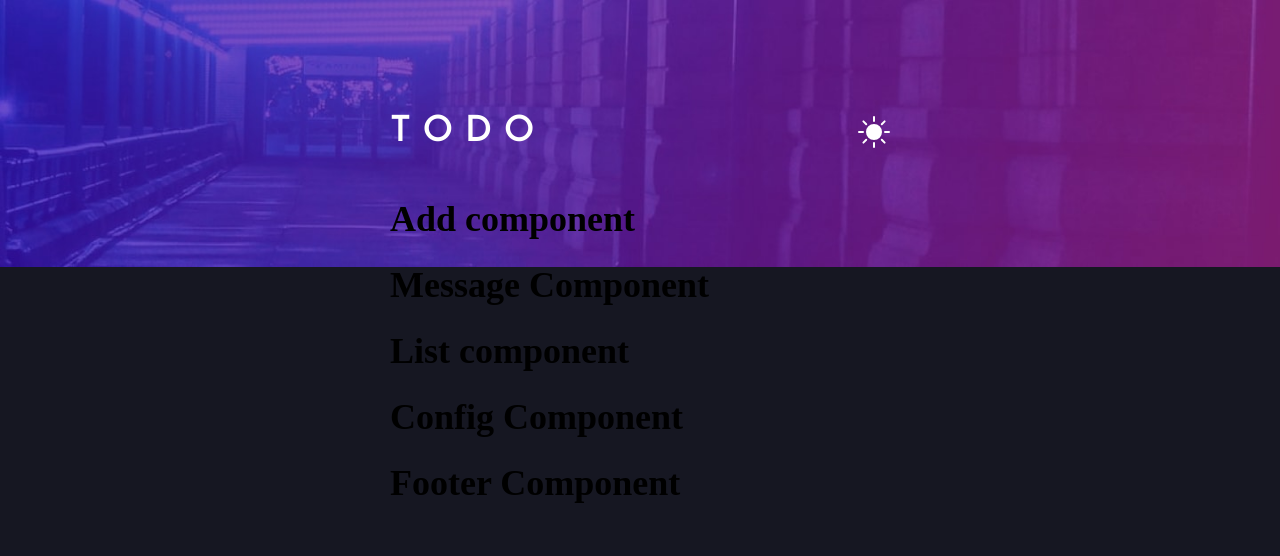
Repository: SOTASHE/React-Firebase-Todo
Page: /
The author's editor kept a copy of each file at every save. The page is drawn from the files as they stood at one save, then again after the next save.
The browser window is 1280 px wide. The pictures show the whole page.
The page's requests for data from a server got no answer. The project was rebuilt for these pictures with package versions that can differ from the ones it lists, and the page was loaded fresh each time. No one was signed in, and anything a server would have sent is missing. Also part of the build but not shown: webpack.config.js.

Above is the page before, as saved 2022-02-08 21:55:45.

After the next save:
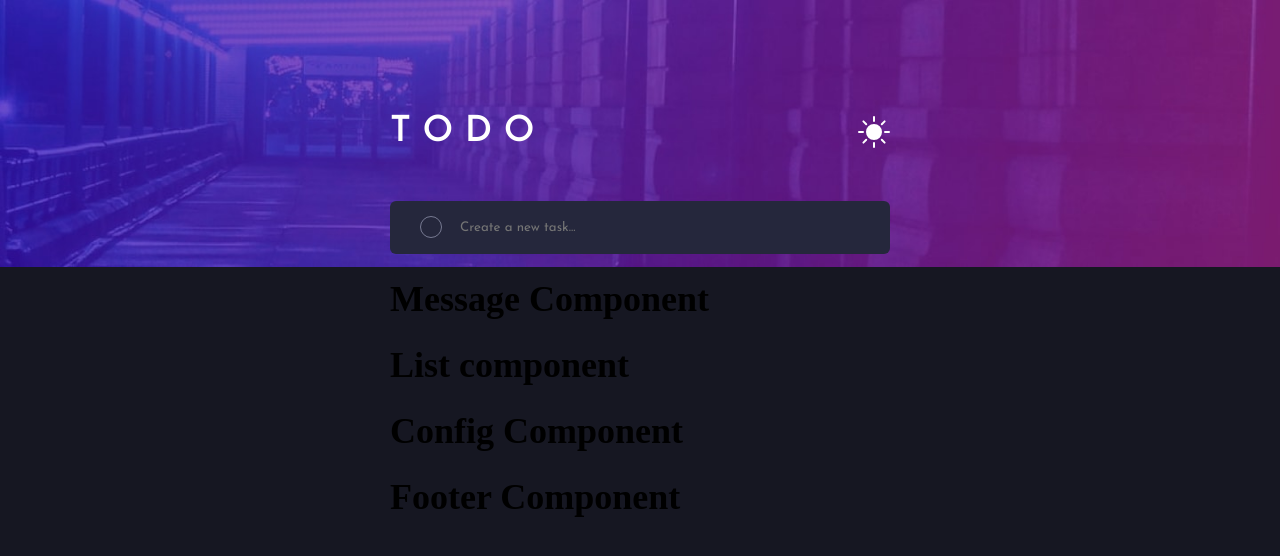
Saved 5 min 58 s later.
--- a/src/components/add.component.jsx
+++ b/src/components/add.component.jsx
@@ -1,12 +1,34 @@
-import React from 'react'
+import React from "react";
+// Firebase
+import store from "../firebase/firebase.config";
+import { collection, addDoc } from "firebase/firestore";
 
-const Add = () => {
-  return <div>
+const Add = ({ countTask, setReset, reset }) => {
 
-<h1>Add component</h1>
-
-
-  </div>
-};
+    const addTask = async (e) => {
+        e.preventDefault();
+        if(e.target[0].value === "") {
+            return;
+        }
+        const docRef = await addDoc(collection(store, "tasks"), {
+            index: countTask + 1,
+            task: e.target[0].value,
+            completed: false,
+        });
+        e.target[0].value = "";
+        setReset(!reset);
+    }
+    return (
+        <form className="add-task" onSubmit={addTask}>
+            <label htmlFor="task"></label>
+            <input
+                type="text"
+                id="task"
+                placeholder="Create a new task..."
+                autoFocus autoComplete="off"
+                required />
+        </form>
+    )
+}
 
 export default Add;
